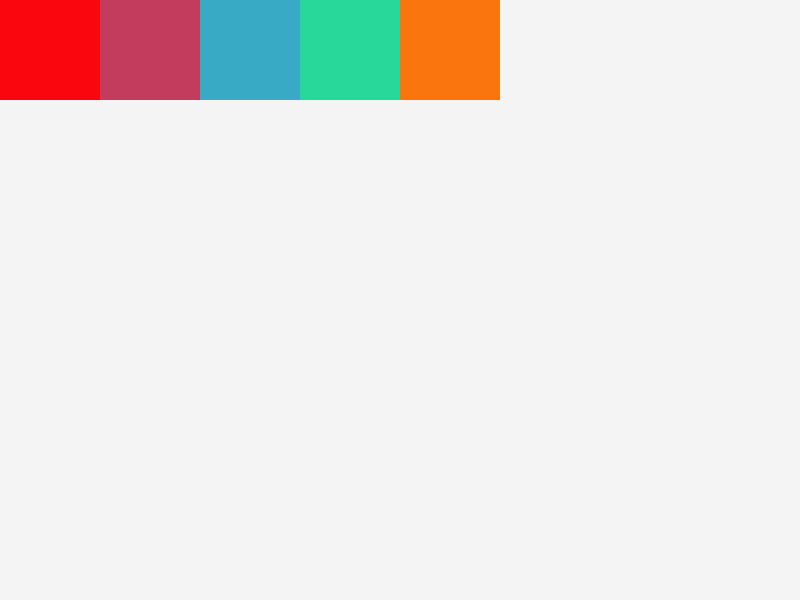
Repository: AlanVidalll/Curso-Java-Completo
Program's window: java exercicios-javafx/src/layout/AppLayout.java
These files come from the project's save history. The program's window is drawn as it stood at one moment and after the next save; the edit follows.
It runs on Java 21 on a 1366 x 768 screen with JavaFX 11; the title bar is not drawn.

Above is the program's window before, as saved 2020-04-11 13:29:47.

After the next save:
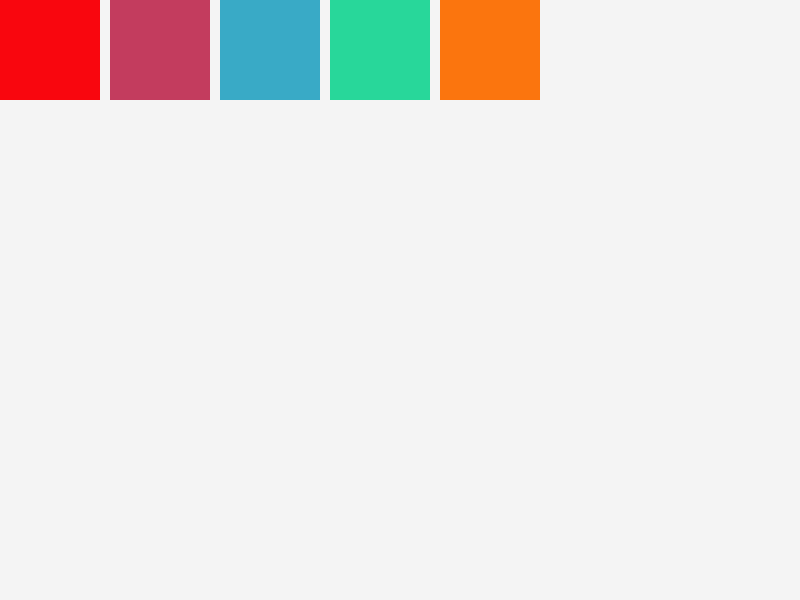
Saved 35 s later.
--- a/exercicios-javafx/src/layout/TesteFlowPane.java
+++ b/exercicios-javafx/src/layout/TesteFlowPane.java
@@ -13,6 +13,8 @@
 		Quadrado q4 = new Quadrado();
 		Quadrado q5 = new Quadrado();
 
+		setHgap(10.0);
+
 		getChildren().addAll(q1,q2,q3,q4,q5);
 
 
